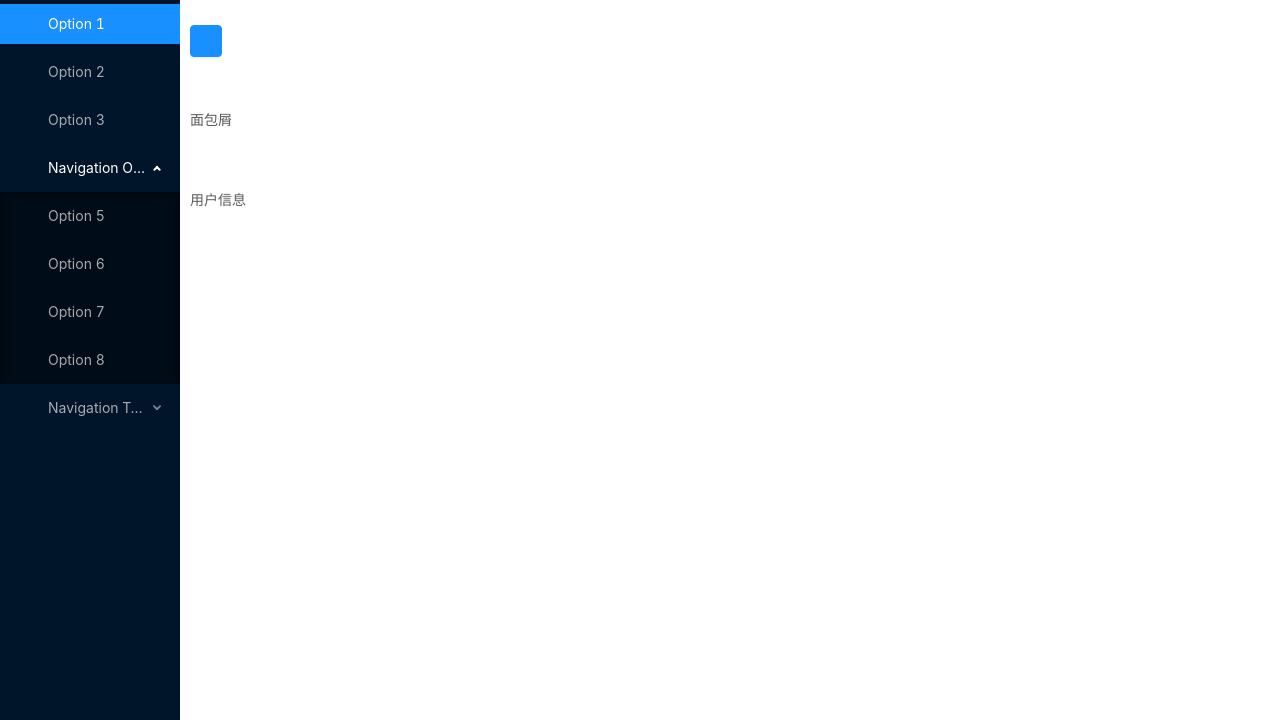
Repository: Ysleave/mall-app
Page: /
An editor plug-in stored every save of this project. The page is shown before and after the next save, followed by the edit.
The browser window is 1280 px wide. The pictures show the whole page.
The project was rebuilt for these pictures with package versions that can differ from the ones it lists, and the page was loaded fresh each time.

Above is the page before, as saved 2021-01-15 21:43:38.

After the next save:
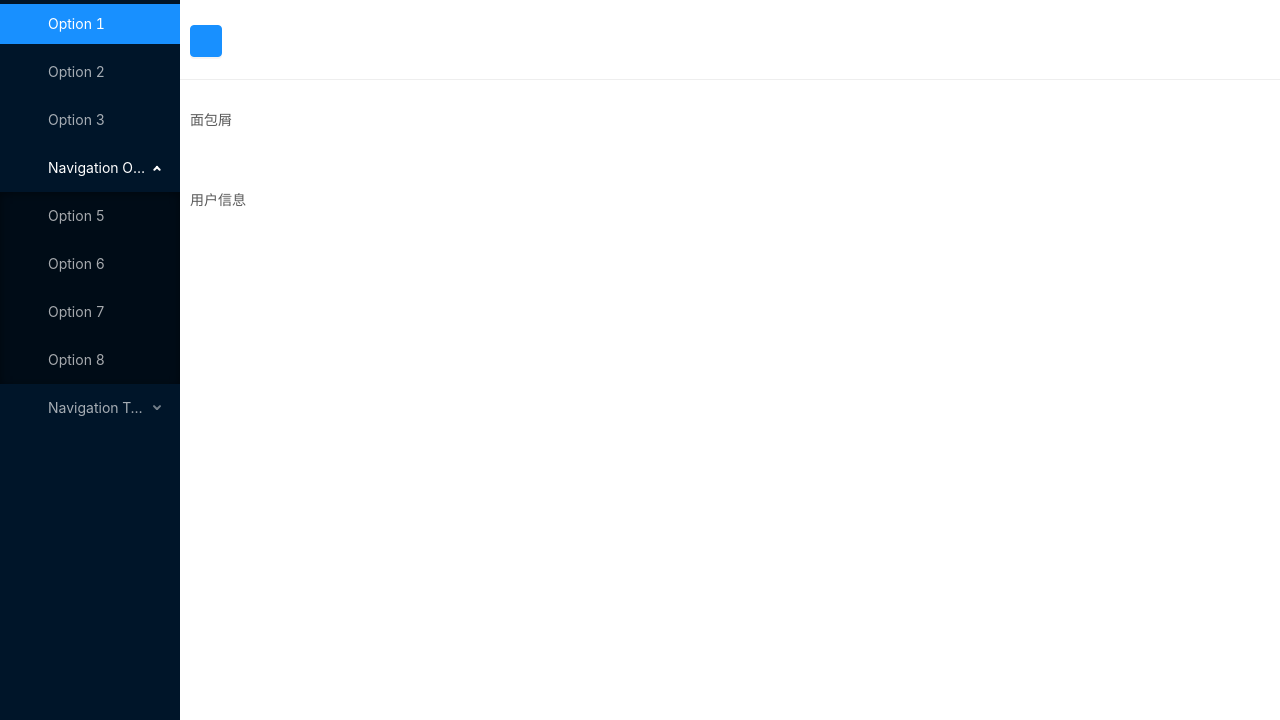
Saved 36 s later.
--- a/src/views/home.vue
+++ b/src/views/home.vue
@@ -50,7 +50,7 @@ export default {
         height: 80px;
         line-height: 80px;
         padding-left: 10px;
-
+        border-bottom: 1px solid #eee;
     }
   }
 }
